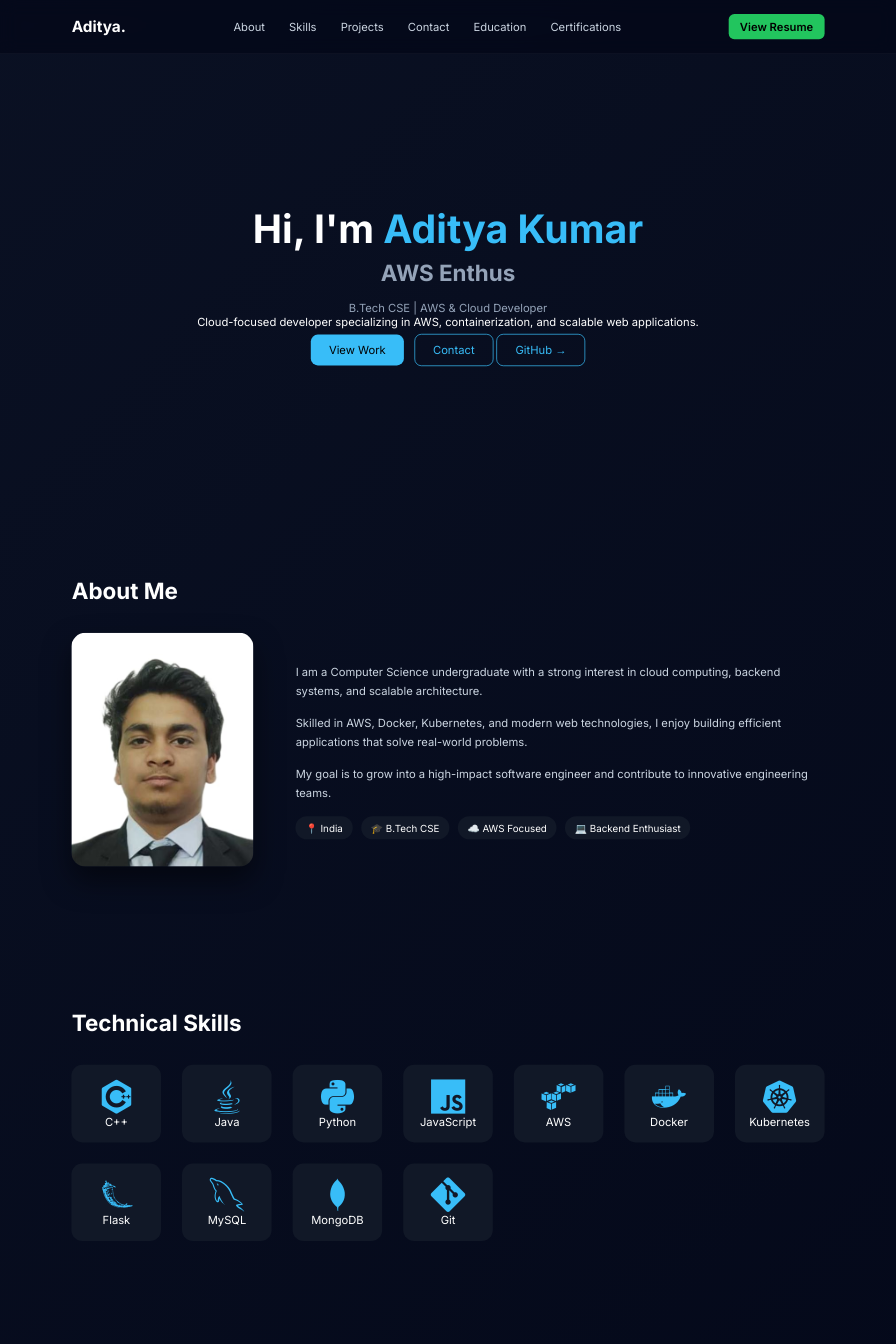
Repository: Aditya2419/My-Portfolio
Page: index.html
An editor plug-in stored every save of this project. The page is shown before and after the next save, followed by the edit.
The browser window is 1280 px wide. The pictures show the part of the page from y = 0 to 1920 px (the page is 4239 px tall), at 70% of full size.

Above is the page before, as saved 2026-02-12 01:45:06.

After the next save:
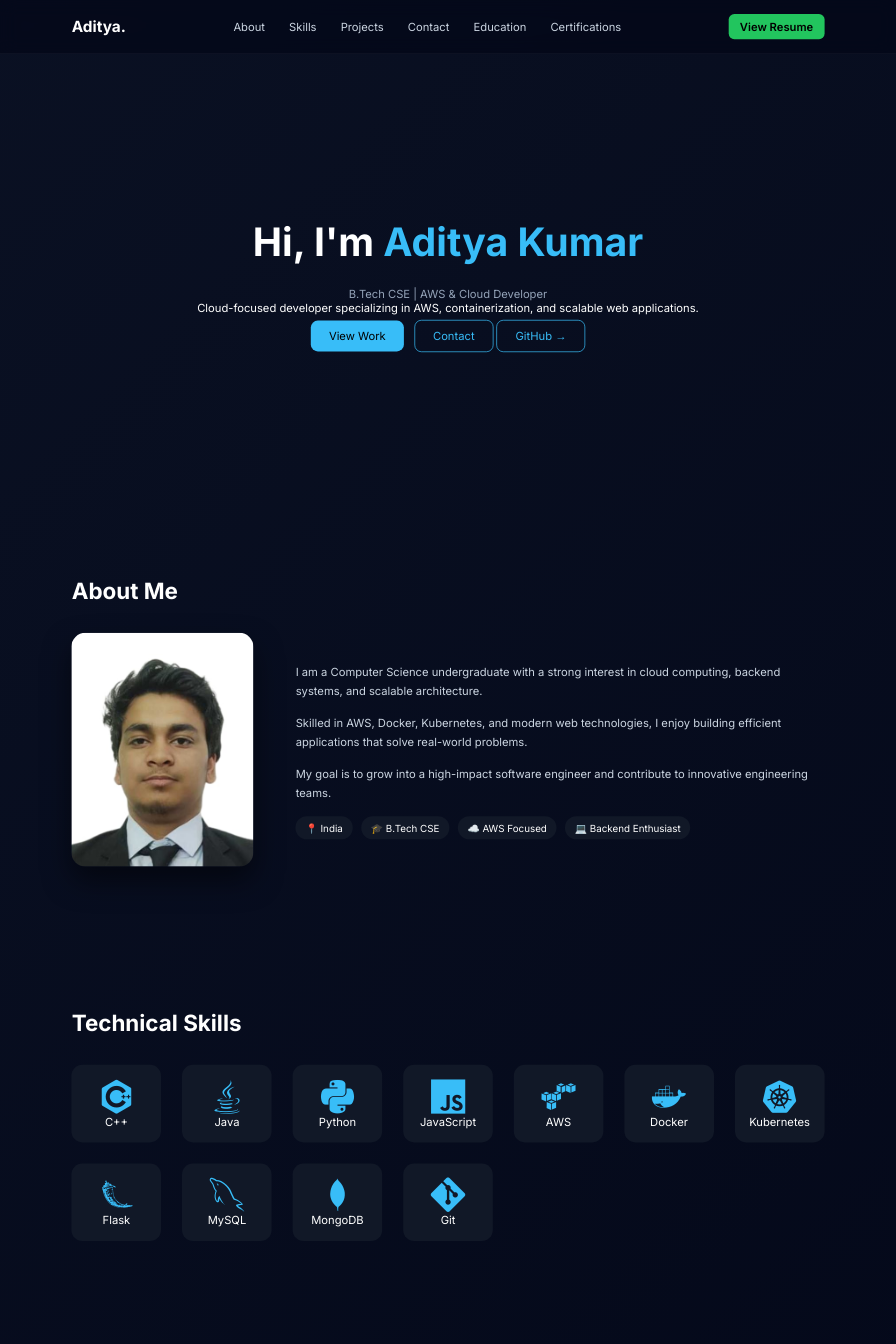
Console error: TypeError: Cannot set properties of null (setting 'textContent')
Saved 17 h 15 min later.
--- a/index.html
+++ b/index.html
@@ -9,6 +9,7 @@
 <title>Aditya Kumar | Cloud & Software Developer</title>
 
 <link rel="stylesheet" href="style.css">
+<script src="script.js"></script>
 
 <!-- Google Font -->
 <link href="https://fonts.googleapis.com/css2?family=Inter:wght@300;400;600;700&display=swap" rel="stylesheet">
